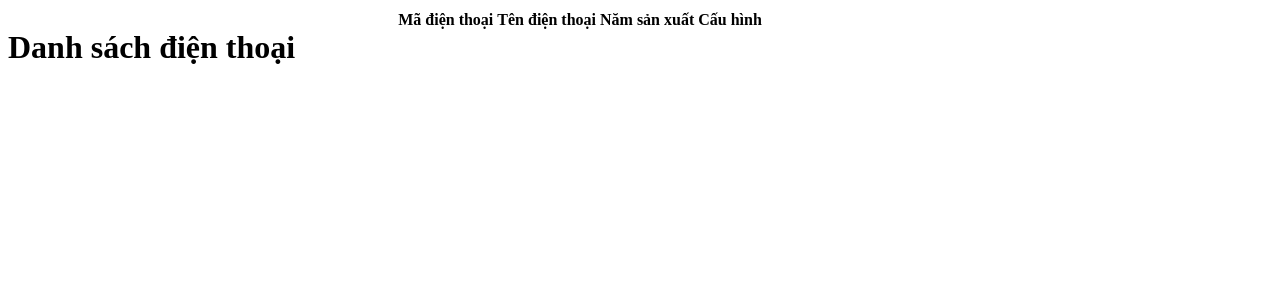
Repository: buikhacthang91042/Nam4_Ki1
Page: http://localhost/Tuan05/DanhSachDienThoaiNCC.jsp
The author's editor kept a copy of each file at every save. The page is drawn from the files as they stood at one save, then again after the next save.
The browser window is 1280 px wide. The pictures show the whole page.
The page is served by Tomcat 10. Nobody is signed in. The application's start-up code is not run. The template is opened directly, without the code that normally fills it, so the values that code supplies are empty.

Above is the page before, as saved 2024-10-10 11:56:59.

After the next save:
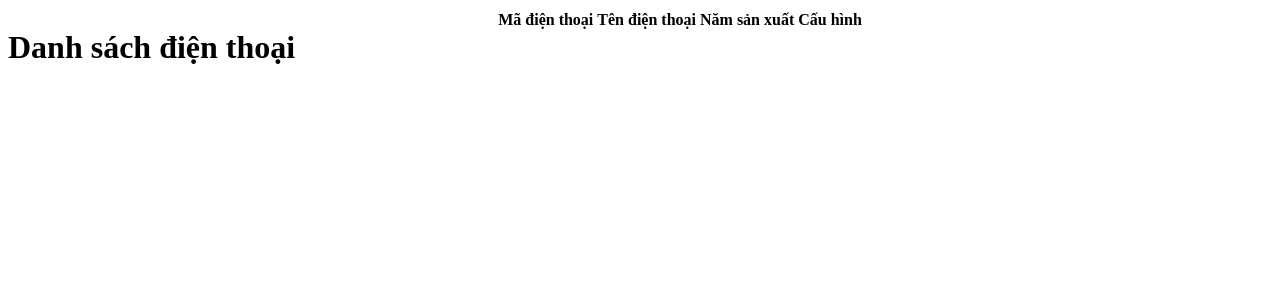
Saved 10 s later.
--- a/WWW/BuiKhacThang_21127151_Tuan05/Tuan05/src/main/webapp/DanhSachDienThoaiNCC.jsp
+++ b/WWW/BuiKhacThang_21127151_Tuan05/Tuan05/src/main/webapp/DanhSachDienThoaiNCC.jsp
@@ -16,7 +16,7 @@
 	}
 	.content{
 		display:flex;
-		margin-left: 100px;
+		margin-left: 200px;
 	}
 </style>
 
